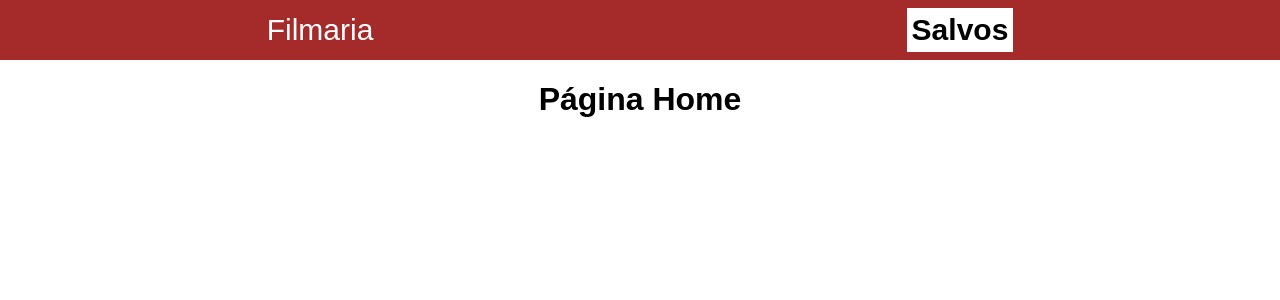
Repository: joaoaspimienta/Projeto-Filmaria
Page: /
An editor plug-in stored every save of this project. The page is shown before and after the next save, followed by the edit.
The browser window is 1280 px wide. The pictures show the whole page.
The project was rebuilt for these pictures with package versions that can differ from the ones it lists, and the page was loaded fresh each time.

Above is the page before, as saved 2022-02-28 18:22:54.

### src/App.js
//https://sujeitoprogramador.com/r-api/?api=filmes/

import './styles.css'
import Routes from './routes'

export default function App() {
  return (
    <div className='app'>
      <Routes/>
    </div>
  );
}

### src/styles.css
body {
  margin: 0;
  padding: 0;
  box-sizing: border-box;
  font-family: sans-serif;
}

.app {
  display: flex;
  width: 100%;
  justify-content: center;
  align-items: center;
  flex-direction: column;
}

### src/routes.js
import { BrowserRouter, Switch, Route } from "react-router-dom"

import Home from "./pages/Home"
import Header from "./components/Header"

const Routes = () => {
  return(
    <BrowserRouter>
      <Header/>
      <Switch>
        <Route exact path="/" component={Home} />
      </Switch>
    </BrowserRouter>
  )
}

export default Routes;

### src/pages/Home/index.js
//https://sujeitoprogramador.com/r-api/?api=filmes/

import './styles.css'

export default function Home() {
  return (
    <div>
      <h1>Página Home</h1>
    </div>
  );
}

### src/components/Header/index.js
import './header.css'
import { Link } from  'react-router-dom';

export default function Header(){
  return(
    <header>
      <Link className="logo" to='/'>Filmaria</Link>
      <Link className="favoritos" to='/'>Salvos</Link>
    </header>
  )
}

### src/components/Header/header.css
header {
  display: flex;
  align-items: center;
  justify-content: space-around;
  width: 100%;
  height: 60px;
  background-color: brown;
}

.logo {
  text-decoration: none;
  font-size: 30px;
  color: white;
  cursor: pointer;
}

.favoritos {
  text-decoration: none;
  font-size: 30px;
  background-color: white;
  cursor: pointer;
  padding: 5px;
  font-weight: bold;
  color: black;
}

Loaded but not shown: public/index.html (common file); src/index.js (common file); src/pages/Home/styles.css (no stored copy; drawn as an empty file)

After the next save:
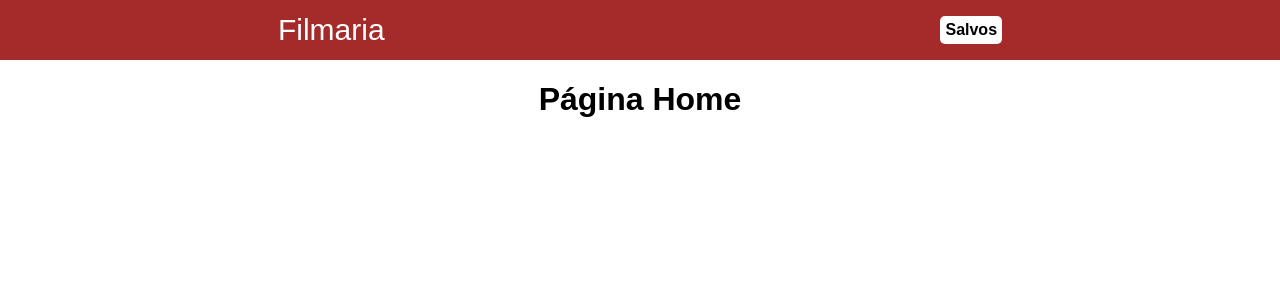
Saved 19 s later.
--- a/src/components/Header/header.css
+++ b/src/components/Header/header.css
@@ -16,10 +16,10 @@ header {
 
 .favoritos {
   text-decoration: none;
-  font-size: 30px;
   background-color: white;
   cursor: pointer;
   padding: 5px;
   font-weight: bold;
   color: black;
+  border-radius: 5px;
 }
